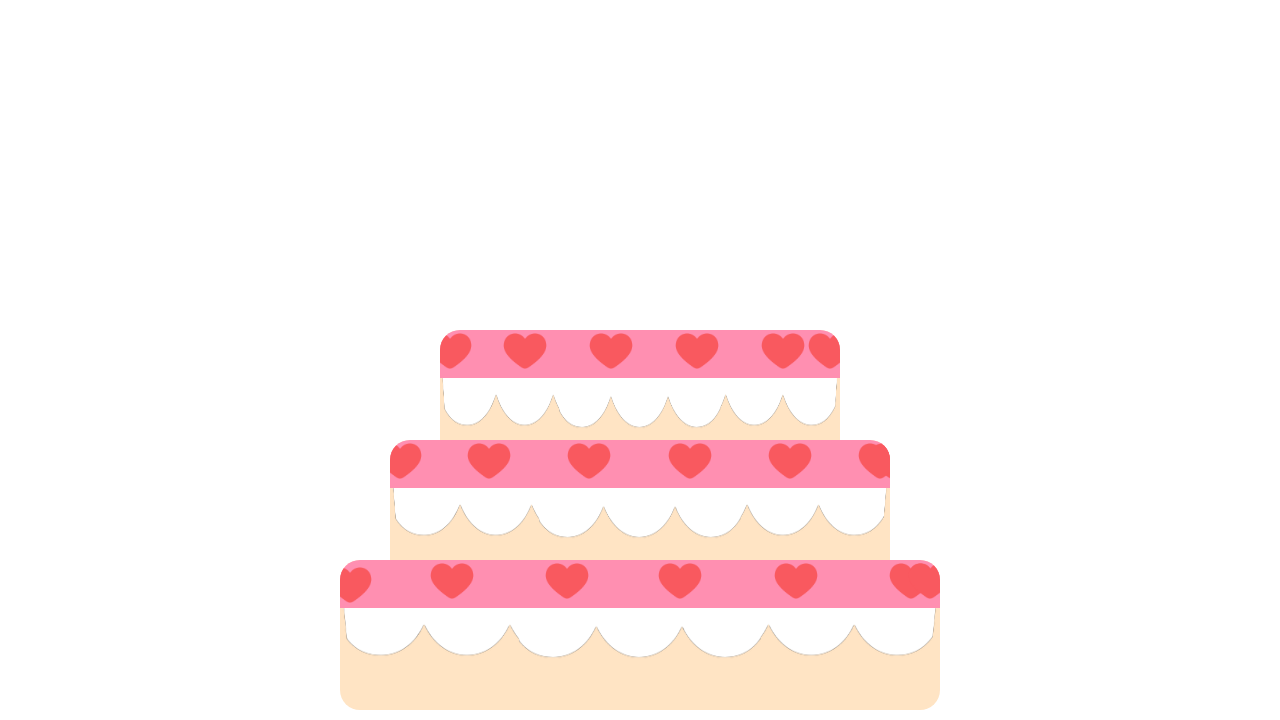
Repository: iphoneboy46/happybirthday
Page: index.html
The author's editor kept a copy of each file at every save. The page is drawn from the files as they stood at one save, then again after the next save.
The browser window is 1280 px wide. The pictures show the whole page.

Above is the page before, as saved 2022-11-28 15:26:05.

After the next save:
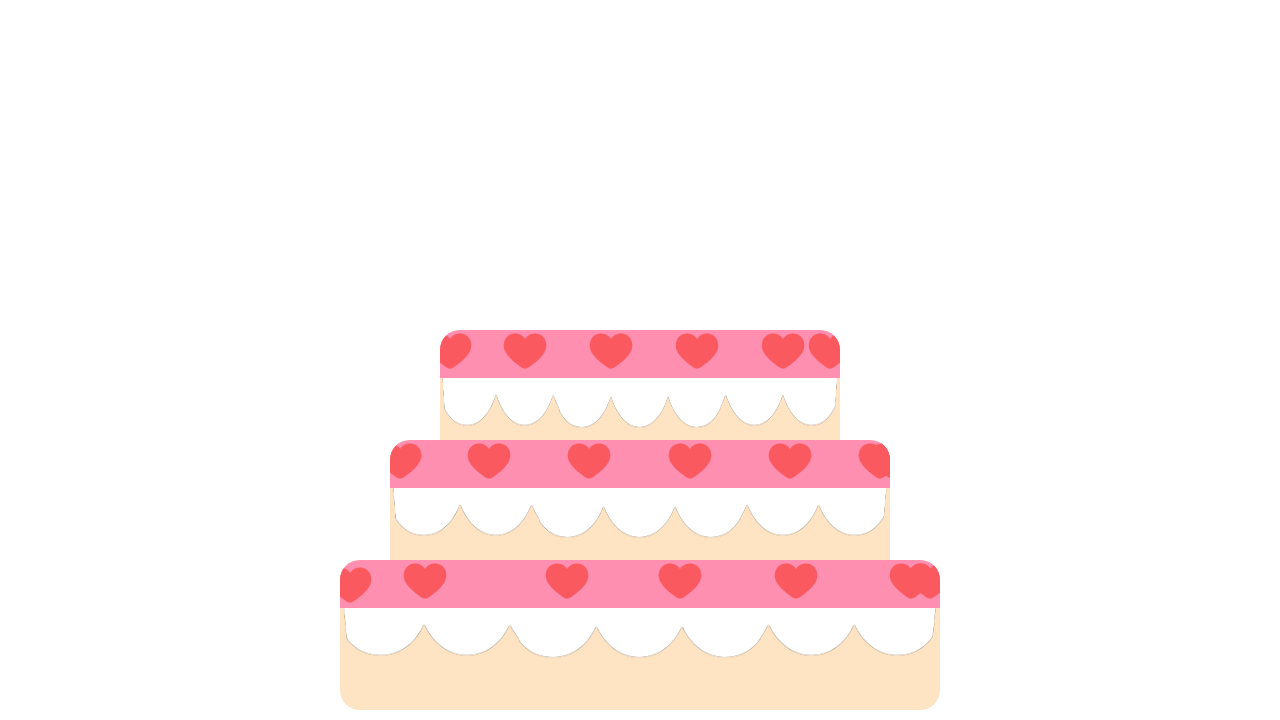
Saved 10 s later.
--- a/style.css
+++ b/style.css
@@ -87,7 +87,7 @@
     z-index: 3;
     position: absolute;
     top: -4px;
-    left: 87px;
+    left: 60px;
     width:50px;
     height:50px;
 }
